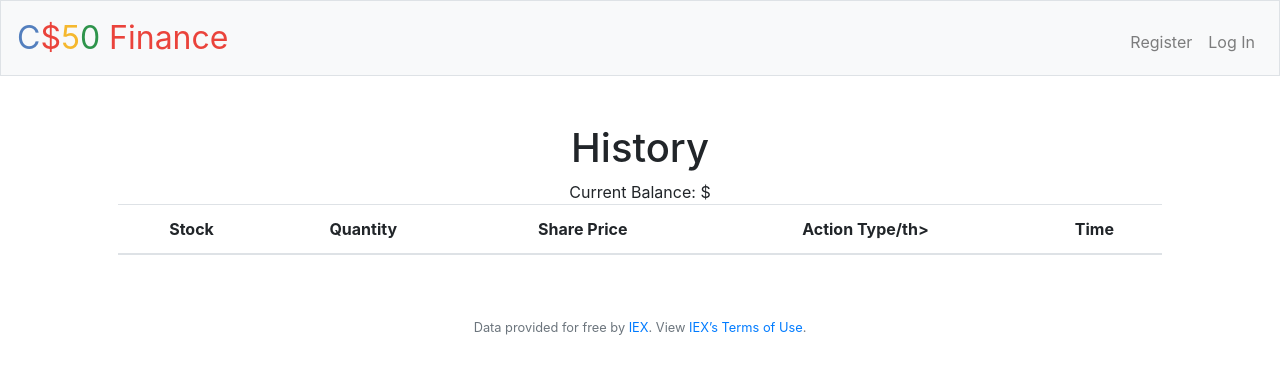
Repository: mskurnickcode/coupleDo
Page: finance/templates/history.html
The author's editor kept a record of every edit. The page is drawn from the files as they stood at one moment, then again after the next edit.
The browser window is 1280 px wide. The pictures show the whole page.
The template is drawn by Flask 3. The application's start-up code is not run. The template is opened directly, without the code that normally fills it, so the values that code supplies are empty.

Above is the page before.

After the next edit:
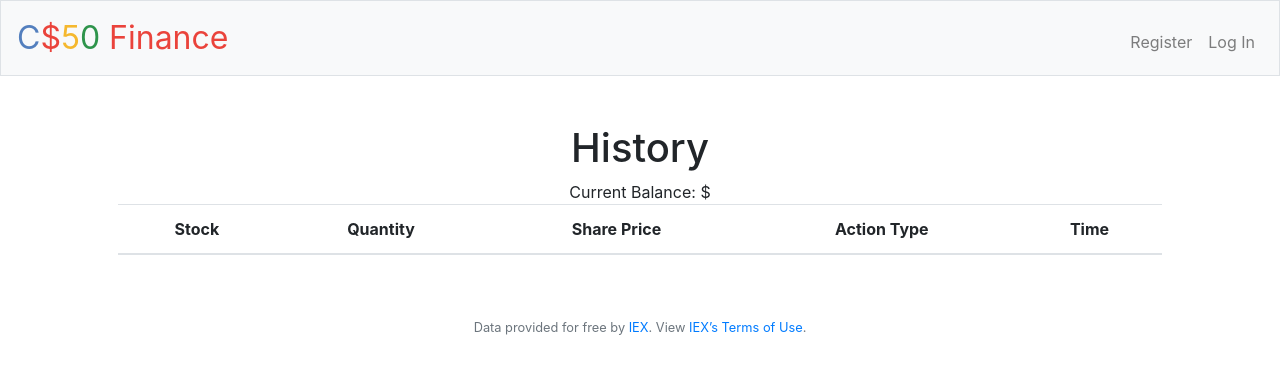
The edit:
--- a/ubuntu/finance/templates/history.html
+++ b/ubuntu/finance/templates/history.html
@@ -14,7 +14,7 @@
                           <th scope="col">Stock</th>
                           <th scope="col">Quantity</th>
                           <th scope="col">Share Price</th>
-                          <th scope="col">Action Type/th>
+                          <th scope="col">Action Type</th>
                           <th scope="col">Time</th>
                         </tr>
                       </thead>
